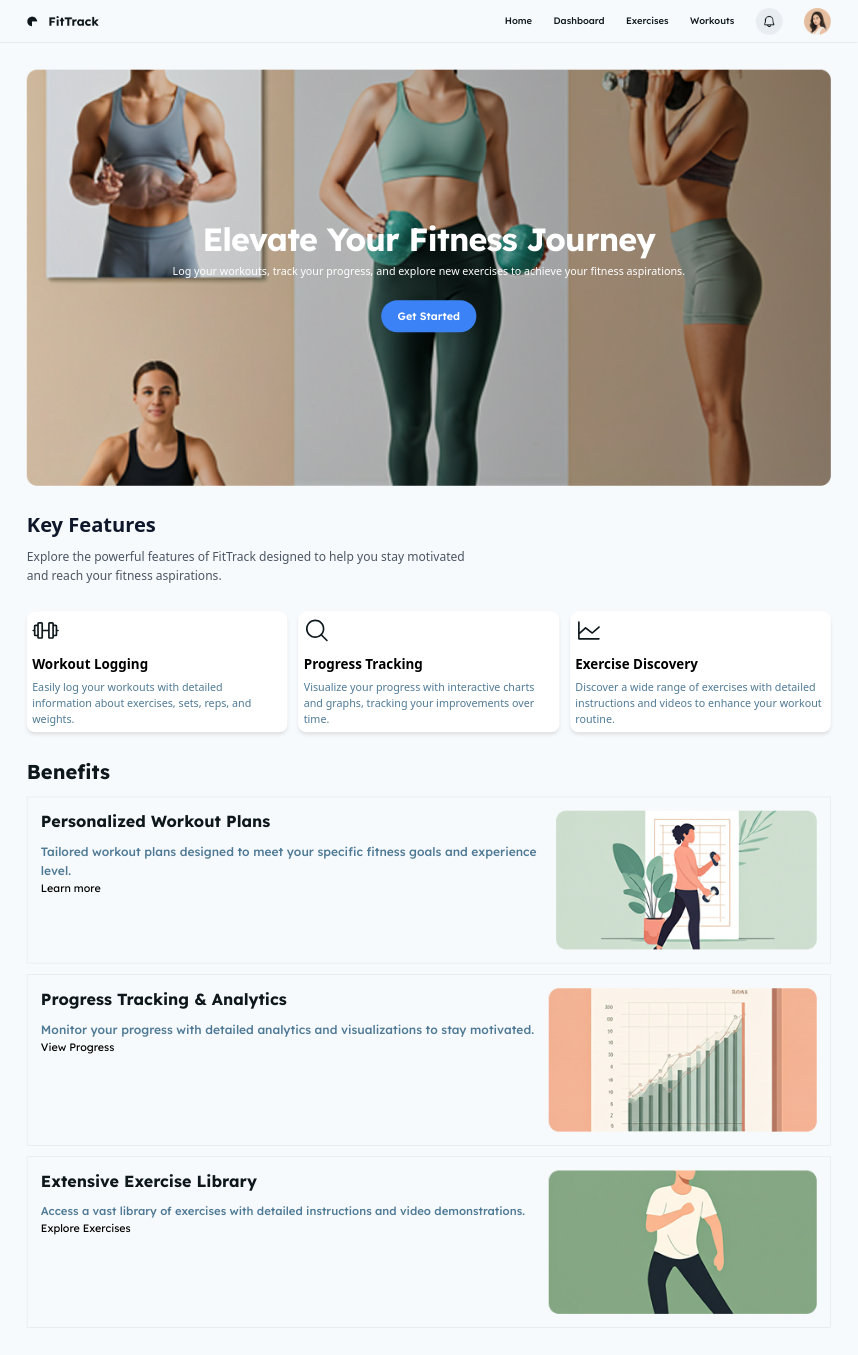
Repository: Emy-gold/fitness-tracking-platform
Page: /
These files come from the project's save history. The page is drawn as it stood at one moment and after the next save; the edit follows.
The browser window is 1280 px wide. The pictures show the whole page, at 67% of full size.
The project was rebuilt for these pictures with package versions that can differ from the ones it lists, and the page was loaded fresh each time. Also part of the build but not shown: vite.config.js, src/Pages/Dashboard.jsx, src/Pages/Exercises.jsx, src/Pages/Workouts.jsx, src/components/Footer.jsx.

Above is the page before, as saved 2025-08-28 00:06:28.

### index.html
<!doctype html>
<html lang="en">

<head>
  <meta charset="UTF-8" />
  <link rel="icon" type="image/svg+xml" href="/vite.svg" />
  <meta name="viewport" content="width=device-width, initial-scale=1.0" />
  <link href="https://fonts.googleapis.com/css2?family=Lexend:wght@300;400;500;600;700&display=swap" rel="stylesheet">
  <title>Vite + React</title>
</head>

<body>
  <div id="root"></div>
  <script type="module" src="/src/main.jsx"></script>
</body>

</html>

### src/index.css
@tailwind base;
@tailwind components;
@tailwind utilities;

body{
    padding: 0;
    margin: 0;
    background-color: #F7FAFC;
}

### src/App.jsx
import './App.css';
import { BrowserRouter as Router, Routes, Route } from 'react-router-dom';
import Home from './Pages/Home';
import Dashboard from './Pages/Dashboard.jsx';
import Exercises from './Pages/Exercises.jsx';
import Workouts from './Pages/Workouts.jsx';
import Header from './components/Header.jsx';
import Footer from './components/Footer';


function App() {

  return (
    <>

      <Router>
        <Header />
        <Routes>
          <Route path="/" element={<Home />} />
          <Route path="/dashboard" element={<Dashboard />} />
          <Route path="/exercises" element={<Exercises />} />
          <Route path="/workouts" element={<Workouts />} />
        </Routes>
      </Router>
    </>
  )
}

export default App

### src/App.css
#root {
    margin: 0 ;
    padding: 0;
    text-align: center;

}

.logo {
    height: 6em;
    padding: 1.5em;
    will-change: filter;
    transition: filter 300ms;
}
.logo:hover {
    filter: drop-shadow(0 0 2em #646cffaa);
}
.logo.react:hover {
    filter: drop-shadow(0 0 2em #61dafbaa);
}

@keyframes logo-spin {
    from {
    transform: rotate(0deg);
    }
    to {
    transform: rotate(360deg);
    }
}

@media (prefers-reduced-motion: no-preference) {
    a:nth-of-type(2) .logo {
    animation: logo-spin infinite 20s linear;
    }
}

.card {
    padding: 2em;
}

.read-the-docs {
    color: #888;
}

### src/Pages/Home.jsx
import React from 'react';
import Header from '../components/Header';
import { useState, useEffect } from 'react';
import cardsData from "../cardsData.json";
import homepic from "../assets/home.png";
import img1 from "../assets/img1.png";
import img2 from "../assets/img2.png";
import img3 from "../assets/img3.png";

function Home() {

    const [cards, setCards] = useState([]);

    useEffect(() => {
        setCards(cardsData)
    })

    return (
        <>
            <main className='flex flex-col justify-center items-center mx-auto'>
                <section className='my-10 relative flex justify-center'>
                    <img src={homepic} className="mb:w-[980px] lg:w-[1200px]" />
                    <div className="absolute inset-0 flex flex-col justify-center text-center text-white">
                        <h1 className='text-5xl font-lexend font-bold mb-3 tracking-tight'>Elevate Your Fitness Journey</h1>
                        <p className=''>Log your workouts, track your progress, and explore new exercises to achieve your fitness aspirations.</p>
                        <button type="submit" className='mt-8 mx-auto bg-blue-500 py-[12px] px-6 font-lexend font-semibold rounded-3xl hover:bg-blue-600 transition duration-300'>Get Started</button>
                    </div>
                </section >

                <section className='flex flex-col items-start mb-10 mb:w-[980px] lg:w-[1200px]'>
                    <div className='flex flex-col items-start text-left'>
                        <h2 className='text-3xl font-bold mb-4 text-slate-900'>Key Features</h2>
                        <p className='text-lg text-gray-600 max-w-2xl'>Explore the powerful features of FitTrack designed to help you stay motivated and reach your fitness aspirations.</p>
                    </div>
                    <div className='flex flex-row gap-4 mt-10 text-left mb:w-[980px] lg:w-[1200px]'> {/* Removed justify-center */}
                        {cards.map(card => (
                            <div key={card.id} className='md:w-[312px] lg:w-[400px] bg-white rounded-xl shadow-md p-2 hover:scale-105 duration-300'>
                                <img src={card.image} className='mb-4 h-10 w-10 object-contain' />
                                <h3 className='text-xl font-semibold mb-2'>{card.title}</h3>
                                <p className='text-paragraphColor '>{card.summary}</p>
                            </div>
                        ))}
                    </div>
                </section>
                <section className='flex flex-col items-start mb-10 gap-5 justify-center mx-72 max-w-full font-lexend'>
                    <h2 className='text-3xl font-bold text-textColor'>Benefits</h2>
                    <div className='flex flex-wrap gap-4 lg:w-[1200px]'>
                        <div className='flex justify-between p-5 border lg:w-[1200px]'>
                            <div className='flex flex-col items-start text-left'>
                                <h3 className='text-2xl font-bold mb-4 text-textColor'>Personalized Workout Plans</h3>
                                <p className='text-lg text-paragraphColor font-medium'>Tailored workout plans designed to meet your specific fitness goals and experience level.</p>
                                <button>Learn more</button>
                            </div>
                            <img src={img1} className='lg:w-[400px]' />
                        </div>
                        <div className='flex justify-between p-5 border lg:w-[1200px]'>
                            <div className='flex flex-col items-start text-left'>
                                <h3 className='text-2xl font-bold mb-4 text-textColor'>Progress Tracking & Analytics</h3>
                                <p className='text-lg text-paragraphColor font-medium'>Monitor your progress with detailed analytics and visualizations to stay motivated.</p>
                                <button>View Progress</button>
                            </div>
                            <img src={img2} className='lg:w-[400px]' />
                        </div>
                        <div className='flex justify-between p-5 border lg:w-[1200px]'>
                            <div className='flex flex-col items-start text-left'>
                                <h3 className='text-2xl font-bold mb-4 text-textColor'>Extensive Exercise Library</h3>
                                <p className='text-[17px] text-paragraphColor font-medium'>Access a vast library of exercises with detailed instructions and video demonstrations.</p>
                                <button>Explore Exercises</button>
                            </div>
                            <img src={img3} className='lg:w-[400px]' />
                        </div>
                    </div>
                </section>
            </main >
        </>

    )
}

export default Home

### src/components/Header.jsx
import React from 'react';
import { Link } from 'react-router-dom';
import logo from "../assets/logo.png";
import icon from "../assets/notifeicon.png";
import profilePic from "../assets/profilepic.png";

function Header() {
    return (
        <>
            <header className='bg-primary border-b border-gray-300/50 sticky w-full h-16 top-0 z-50 px-10'>
                <div className="flex relative justify-between items-center h-full">
                    <Link to="/" className='flex items-center'>
                        <img
                            src={logo}
                            alt="logo"
                            className='hover:opacity-20 transition-opacity duration-300'
                        />
                    </Link>

                    <nav className='flex gap-8 items-center ml-auto'>
                        <Link to="/" className='font-lexend font-medium text-sm text-textColor hover:scale-105 leading-[21px]'>Home</Link>
                        <Link to="/dashboard" className='font-lexend font-medium text-sm text-textColor hover:scale-105 leading-[21px]'>Dashboard</Link>
                        <Link to="/exercises" className='font-lexend font-medium text-sm text-textColor hover:scale-105 leading-[21px]'>Exercises</Link>
                        <Link to="/workouts" className='font-lexend font-medium text-sm text-textColor hover:scale-105 leading-[21px]'>Workouts</Link>
                        <img src={icon} className='hover:scale-105 duration-200' />
                        <img src={profilePic} className='h-10 w-10 hover:scale-105 duration-200' />
                    </nav>

                    <div></div>
                </div>
            </header>
        </>
    )
}

export default Header;

### src/cardsData.json
[
    {
        "id": 1,
        "title": "Workout Logging",
        "summary": "Easily log your workouts with detailed information about exercises, sets, reps, and weights.",
        "image": "src/assets/icon1.svg"
    },
    {
        "id": 2,
        "title": "Progress Tracking",
        "summary": "Visualize your progress with interactive charts and graphs, tracking your improvements over time.",
        "image": "src/assets/icon2.svg"
    },
    {
        "id": 3,
        "title": "Exercise Discovery",
        "summary": "Discover a wide range of exercises with detailed instructions and videos to enhance your workout routine.",
        "image": "src/assets/icon3.svg"
    }
]

### tailwind.config.js

/** @type {import('tailwindcss').Config} */
export default {
  content: [
    "./index.html",
    "./src/**/*.{js,ts,jsx,tsx}",
  ],
  theme: {
    extend: {
      fontFamily: {
        lexend: ['Lexend', 'sans-serif'],
      },
      colors: {
        primary: "#F7FAFC",
        textColor: "#0D171C",
        paragraphColor: "#4F7A96"
      }
    },
  },
  plugins: [],
}

Loaded but not shown: src/main.jsx (common file)

After the next save:
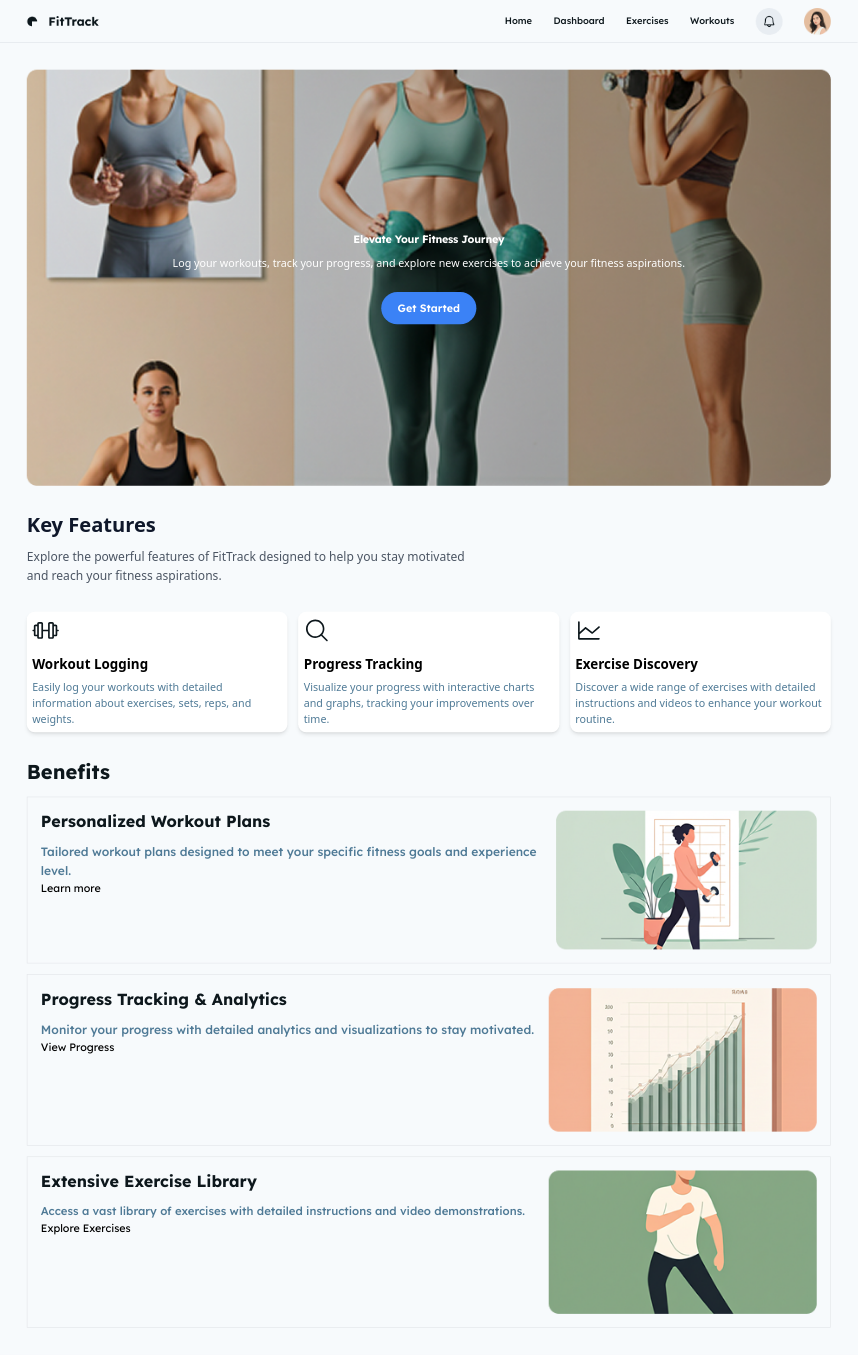
Saved 5 min 48 s later.
--- a/src/Pages/Home.jsx
+++ b/src/Pages/Home.jsx
@@ -21,7 +21,7 @@
                 <section className='my-10 relative flex justify-center'>
                     <img src={homepic} className="mb:w-[980px] lg:w-[1200px]" />
                     <div className="absolute inset-0 flex flex-col justify-center text-center text-white">
-                        <h1 className='text-5xl font-lexend font-bold mb-3 tracking-tight'>Elevate Your Fitness Journey</h1>
+                        <h1 className='text-5xl font-lexend font-bold mb-3 tracking-tight text-base'>Elevate Your Fitness Journey</h1>
                         <p className=''>Log your workouts, track your progress, and explore new exercises to achieve your fitness aspirations.</p>
                         <button type="submit" className='mt-8 mx-auto bg-blue-500 py-[12px] px-6 font-lexend font-semibold rounded-3xl hover:bg-blue-600 transition duration-300'>Get Started</button>
                     </div>

After the save that followed:
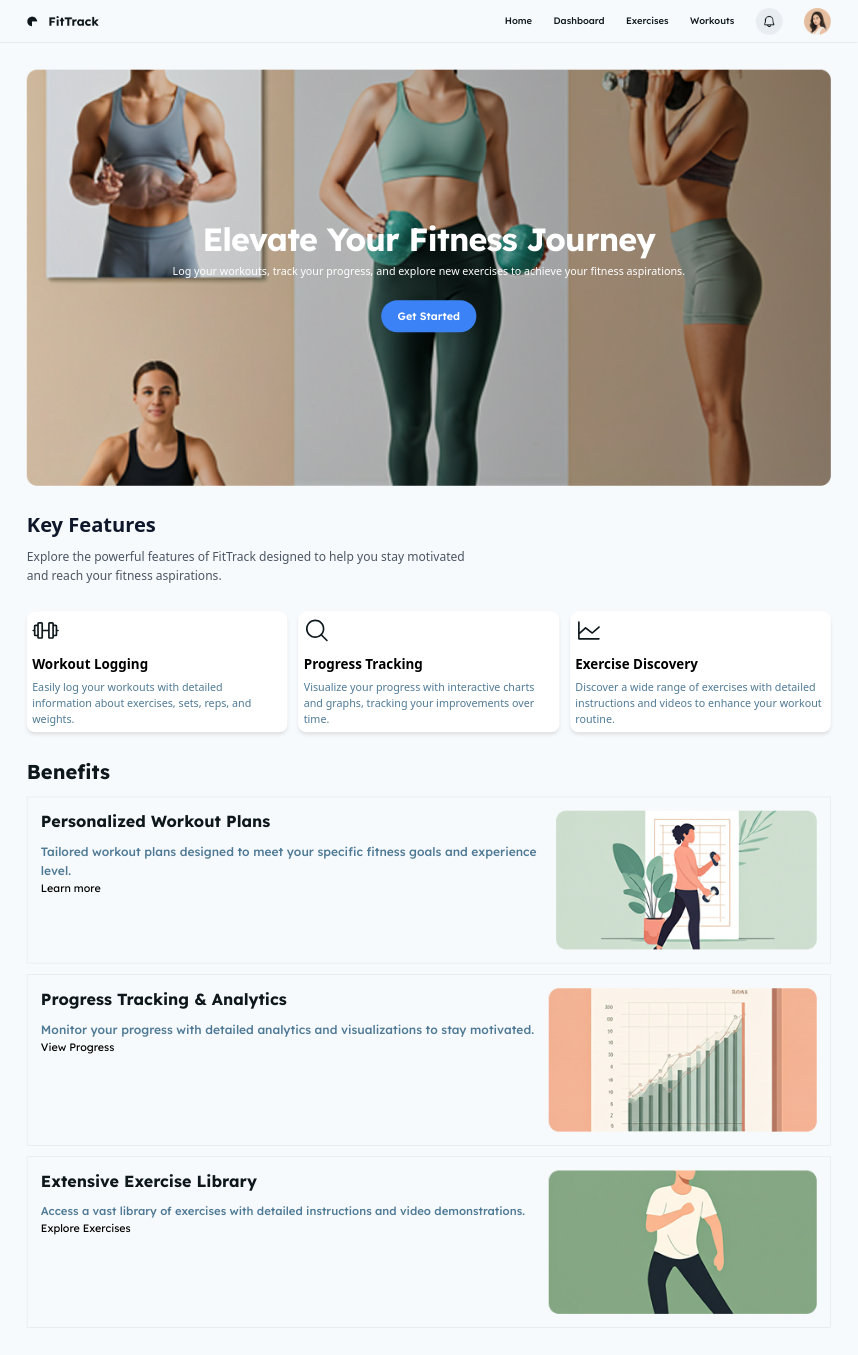
Saved 32 s later.
--- a/src/Pages/Home.jsx
+++ b/src/Pages/Home.jsx
@@ -21,7 +21,7 @@
                 <section className='my-10 relative flex justify-center'>
                     <img src={homepic} className="mb:w-[980px] lg:w-[1200px]" />
                     <div className="absolute inset-0 flex flex-col justify-center text-center text-white">
-                        <h1 className='text-5xl font-lexend font-bold mb-3 tracking-tight text-base'>Elevate Your Fitness Journey</h1>
+                        <h1 className='text-5xl font-lexend font-bold mb-3 tracking-tight'>Elevate Your Fitness Journey</h1>
                         <p className=''>Log your workouts, track your progress, and explore new exercises to achieve your fitness aspirations.</p>
                         <button type="submit" className='mt-8 mx-auto bg-blue-500 py-[12px] px-6 font-lexend font-semibold rounded-3xl hover:bg-blue-600 transition duration-300'>Get Started</button>
                     </div>
